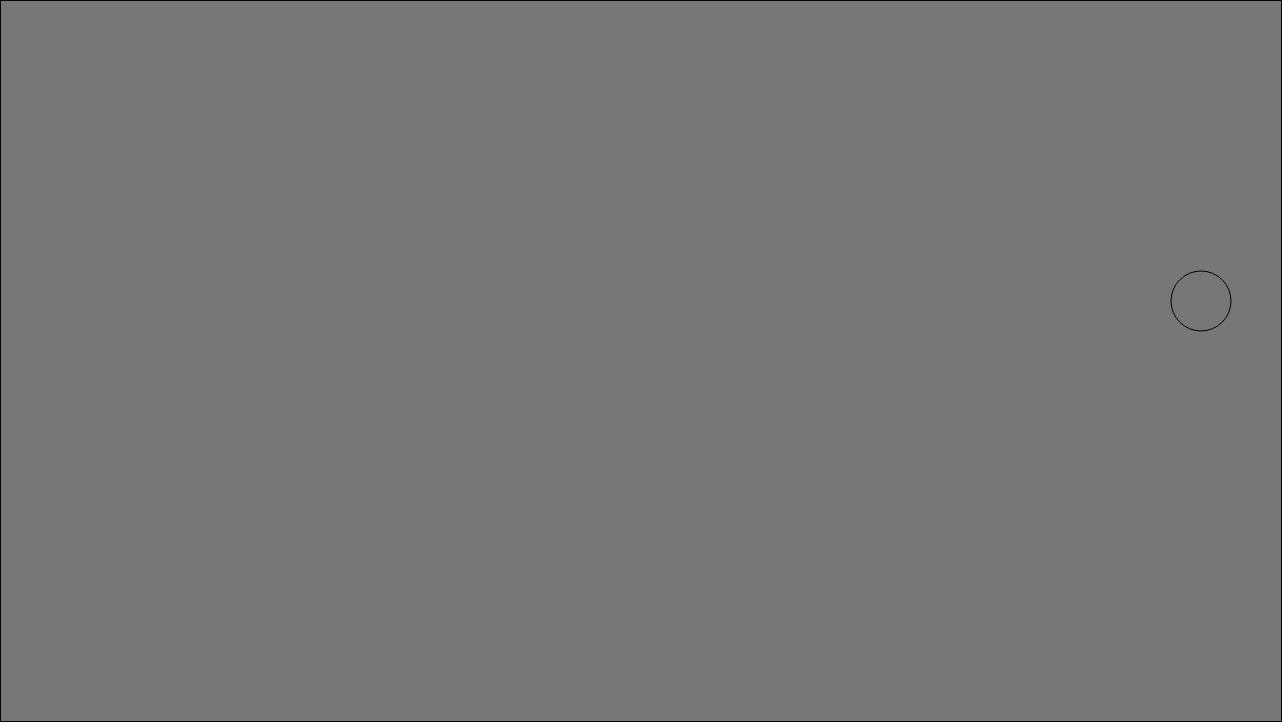
Repository: tenlekdan/particle-effect
Page: inidex.html
The author's editor kept a copy of each file at every save. The page is drawn from the files as they stood at one save, then again after the next save.
The browser window is 1280 px wide. The page is 1282 px wide, so the pictures cover 1282 px, including what lies to the right of the window. The pictures show the whole page.

Above is the page before, as saved 2019-12-26 15:50:59.

After the next save:
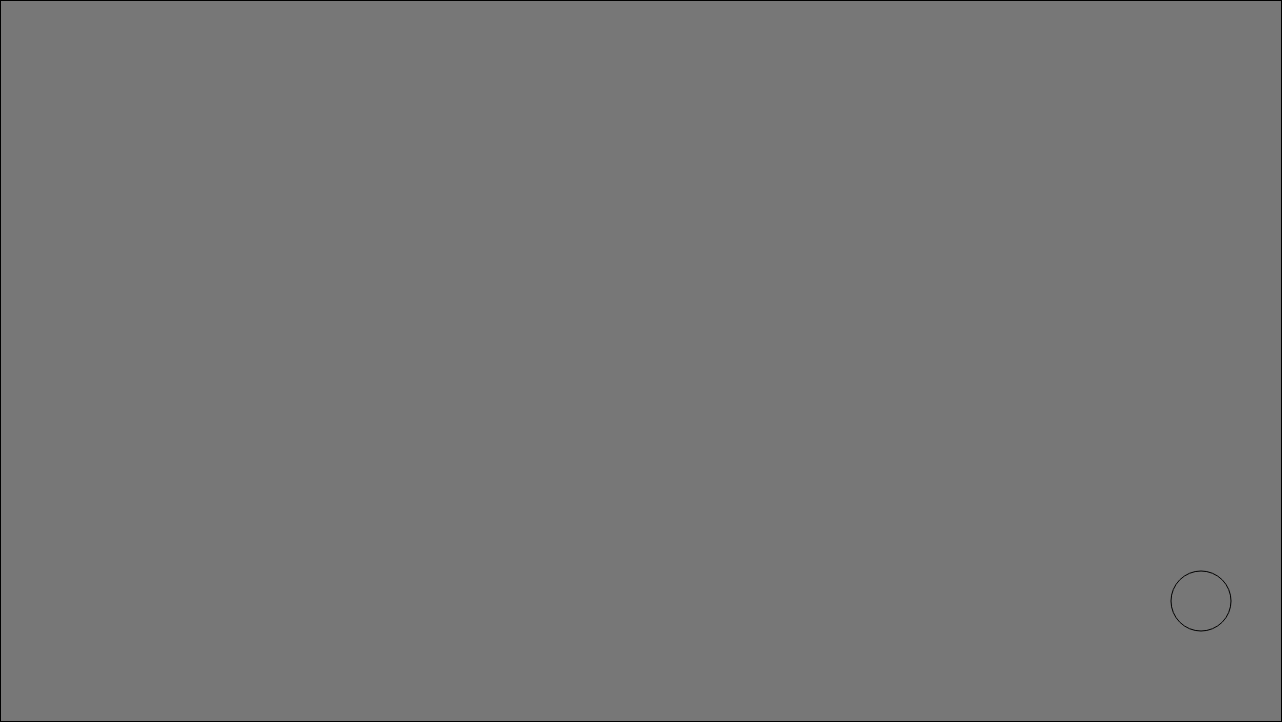
Saved 5 s later.
--- a/canvas.js
+++ b/canvas.js
@@ -41,7 +41,7 @@
         }
 
         x += dx;
-        // y += dy;
+        y += dy;
     }
 
     animate();
